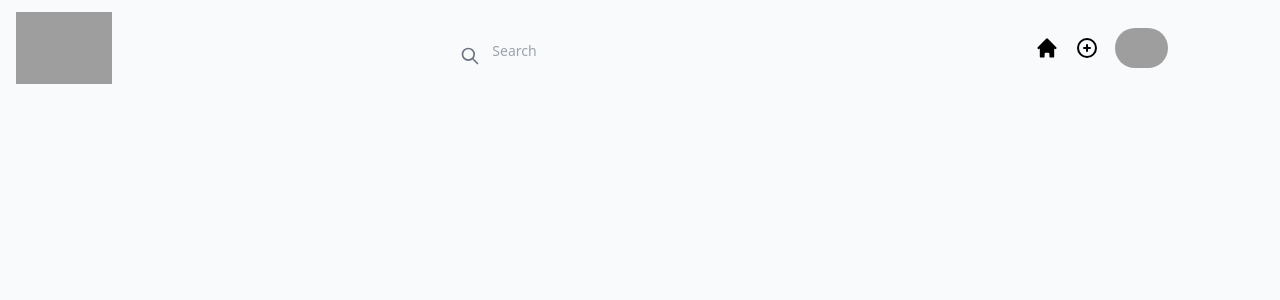
Repository: Mardoqueu/insta-v1
Page: /
These files come from the project's save history. The page is drawn as it stood at one moment and after the next save; the edit follows.
The browser window is 1280 px wide. The pictures show the whole page.
Pictures or frames that could not be fetched are drawn as grey boxes. The project was rebuilt for these pictures with package versions that can differ from the ones it lists, and the page was loaded fresh each time. The framework's server and built-in components were replaced by stand-ins that run in the browser. Also part of the build but not shown: next.config.js, styles/Home.module.css.

Above is the page before, as saved 2022-08-25 11:00:58.

### pages/index.js
import Head from 'next/head'
import styles from '../styles/Home.module.css'
import Header from './components/Header'

export default function Home() {
  return (
    <div className="bg-gray-50 min-h-screen">
      <Head>
        <title>Instagram App</title>
        <meta name="description" content="Generated by create next app" />
        <link rel="icon" href="/favicon.ico" />
      </Head>
    {/*Head*/}
    <Header/>

    {/*Feed*/}

    {/*Modal*/}

    </div>
  )
}

### pages/components/Header.js
import Image from "next/image";
import React from "react";
import { SearchIcon, PlusCircleIcon } from "@heroicons/react/outline";
import {HomeIcon} from "@heroicons/react/solid"
export default function Header() {
  return (
    <div className="flex items-center justify-between max-w-6xl mx-4 ">
      {/* Left */}
      <div className="cursor-pointer h-24 w-24 relative hidden lg:inline-grid">
        <Image
          src="http://www.jennexplores.com/wp-content/uploads/2015/09/Instagram_logo_black.png"
          layout="fill"
          className="object-contain"
        />
      </div>
      <div className="cursor-pointer h-24 w-10 relative  lg:hidden">
        <Image
          src="https://upload.wikimedia.org/wikipedia/commons/thumb/e/e7/Instagram_logo_2016.svg/800px-Instagram_logo_2016.svg.png"
          layout="fill"
          className="object-contain"
        />
      </div>
      {/* Middle */}

      <div className="relative mt-1">
        <div className="absolute top-2 left-2">
        <SearchIcon  className="h-5 text-gray-500" />
        </div>
        <input type="text" placeholder="Search" className="bg-gray-50 pl-10 border-gray-500 text-sm focus:ring-black focus:border-black rounded-md"/>
      </div>

    {/* Right */}

    <div className="flex space-x-4 items-center">
      <HomeIcon className="hidden md:inline-flex h-6 cursor-pointer hover:scale-125 transition-transform duration-200 ease-out"/>
      <PlusCircleIcon className="h-6 cursor-pointer hover:scale-125 transition-transform duration-200 ease-out"/>
      <img src="https://media-exp1.licdn.com/dms/image/C4E03AQF1Icbg9ibKSQ/profile-displayphoto-shrink_800_800/0/1656524327808?e=1666828800&v=beta&t=qOGUdHrse_LvKkpyy9nUz7tCnRiXEGOzRBQ0KfwyR1o" alt="user-img" className="h-10 rounded-full cursor-pointer" />
    </div>
    </div>
  );
}

Loaded but not shown: pages/_app.js (common file); styles/globals.css (common file); tailwind.config.js (common file)

After the next save:
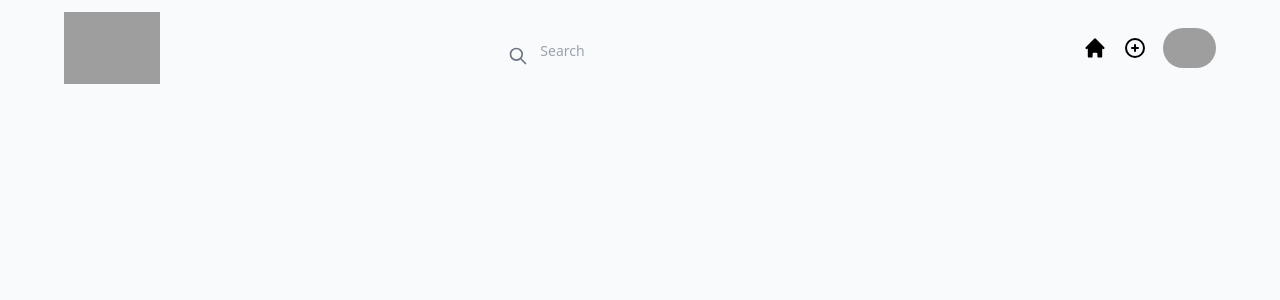
Saved 13 s later.
--- a/pages/components/Header.js
+++ b/pages/components/Header.js
@@ -4,7 +4,7 @@
 import {HomeIcon} from "@heroicons/react/solid"
 export default function Header() {
   return (
-    <div className="flex items-center justify-between max-w-6xl mx-4 ">
+    <div className="flex items-center justify-between max-w-6xl mx-4 xl:mx-auto">
       {/* Left */}
       <div className="cursor-pointer h-24 w-24 relative hidden lg:inline-grid">
         <Image
